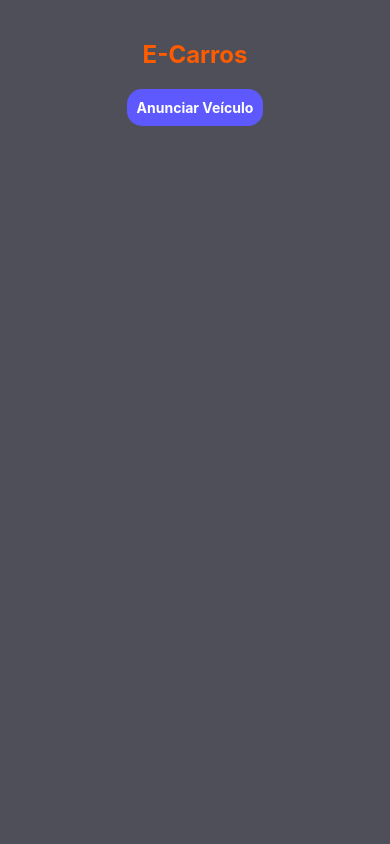
Repository: Matheus904-12/OpenAI---1
Screen: / (app in E-CARROS/)
An editor plug-in stored every save of this project. The screen is shown before and after a run of saves, followed by the edit.
The app was drawn by React Native's web renderer in a window 390 px wide. The project was rebuilt for these pictures with package versions that can differ from the ones it lists, and the page was loaded fresh each time.

Above is the screen before, as saved 2024-04-24 20:24:29.

### E-CARROS/App.tsx
import React, { useState } from 'react';
import { StyleSheet, Text, View, TextInput, TouchableOpacity, Modal, Alert, FlatList } from 'react-native';
import Carousel from 'react-native-snap-carousel';

export default function App() {
  const [vehicles, setVehicles] = useState([]);
  const [modalVisible, setModalVisible] = useState(false);
  const [newVehicle, setNewVehicle] = useState({
    brand: '',
    model: '',
    year: '',
    mileage: '',
    price: '',
  });

  const handleAddVehicle = () => {
    if (
      newVehicle.brand === '' ||
      newVehicle.model === '' ||
      newVehicle.year === '' ||
      newVehicle.mileage === '' ||
      newVehicle.price === ''
    ) {
      Alert.alert('Erro', 'Todos os campos são obrigatórios!', [{ text: 'Ok' }]);
      return;
    }

    setVehicles([...vehicles, newVehicle]);
    setNewVehicle({
      brand: '',
      model: '',
      year: '',
      mileage: '',
      price: '',
    });
    setModalVisible(false);

    Alert.alert('Sucesso', 'Veículo anunciado com sucesso!', [{ text: 'Ok' }]);
  };

  const handleSeeMore = async (vehicle) => {
    try {
      const response = await fetch("https://api.openai.com/v1/chat/completions", {
        method: "POST",
        headers: {
          "Content-Type": "application/json",
          "Authorization": `Bearer `,
        },
        body: JSON.stringify({
          model: "gpt-3.5-turbo",
          messages: [
            {
              role: 'user',
              content: `Saber mais sobre o veículo: ${vehicle.brand} ${vehicle.model} ${vehicle.year}`
            }
          ],
          temperature: 0.7,
          max_tokens: 150,
          top_p: 1,
        })
      });

      const data = await response.json();
      const vehicleInfo = data.choices[0].message.content;

      Alert.alert('Detalhes do Veículo', vehicleInfo, [{ text: 'Ok' }]);
    } catch (error) {
      console.error('Erro ao obter informações do veículo:', error);
      Alert.alert('Erro', 'Erro ao obter informações do veículo. Por favor, tente novamente mais tarde.', [{ text: 'Ok' }]);
    }
  };

  const renderItem = ({ item }) => {
    return (
      <View style={styles.vehicleItem}>
        <Text style={styles.vehicleText}>{`Marca: ${item.brand}`}</Text>
        <Text style={styles.vehicleText}>{`Modelo: ${item.model}`}</Text>
        <Text style={styles.vehicleText}>{`Ano: ${item.year}`}</Text>

        <TouchableOpacity
          style={styles.contactButton}
          onPress={() => handleSeeMore(item)}
        >
          <Text style={styles.contactButtonText}>Saber Mais</Text>
        </TouchableOpacity>
      </View>
    );
  };

  return (
    <View style={styles.container}>
      <Text style={styles.header}>E-Carros</Text>
      <TouchableOpacity
        style={styles.addButton}
        onPress={() => setModalVisible(true)}
      >
        <Text style={styles.addButtonText}>Anunciar Veículo</Text>
      </TouchableOpacity>
      <Modal
        animationType="slide"
        transparent={true}
        visible={modalVisible}
        onRequestClose={() => setModalVisible(false)}
      >
        <View style={styles.modalContainer}>
          <View style={styles.modalContent}>
            <Text style={styles.modalTitle}>Novo Veículo</Text>
            <TextInput
              style={styles.input}
              placeholder="Marca"
              value={newVehicle.brand}
              onChangeText={text => setNewVehicle({...newVehicle, brand: text})}
            />
            <TextInput
              style={styles.input}
              placeholder="Modelo"
              value={newVehicle.model}
              onChangeText={text => setNewVehicle({...newVehicle, model: text})}
            />
            <TextInput
              style={styles.input}
              placeholder="Ano"
              value={newVehicle.year}
              onChangeText={text => setNewVehicle({...newVehicle, year: text})}
            />
            <TextInput
              style={styles.input}
              placeholder="Quilometragem"
              value={newVehicle.mileage}
              onChangeText={text => setNewVehicle({...newVehicle, mileage: text})}
            />
            <TextInput
              style={styles.input}
              placeholder="Preço"
              value={newVehicle.price}
              onChangeText={text => setNewVehicle({...newVehicle, price: text})}
            />
            <TouchableOpacity
              style={styles.addButton}
              onPress={handleAddVehicle}
            >
              <Text style={styles.addButtonText}>Anunciar</Text>
            </TouchableOpacity>
            <TouchableOpacity
              style={[styles.addButton, styles.cancelButton]}
              onPress={() => setModalVisible(false)}
            >
              <Text style={styles.addButtonText}>Cancelar</Text>
            </TouchableOpacity>
          </View>
        </View>
      </Modal>
      <FlatList
        style={styles.vehicleList}
        data={vehicles}
        renderItem={renderItem}
        keyExtractor={(item, index) => index.toString()}
      />
    </View>
  );
}

const styles = StyleSheet.create({
  container: {
    flex: 1,
    backgroundColor: '#4F4F59',
    alignItems: 'center',
    paddingTop: 40,
  },
  header: {
    fontSize: 24,
    fontWeight: 'bold',
    marginBottom: 20,
    color: '#FF5C00'
  },
  addButton: {
    backgroundColor: '#5D59FF',
    padding: 10,
    borderRadius: 15,
    marginBottom: 20,
  },
  addButtonText: {
    color: 'white',
    fontWeight: 'bold',
    textAlign: 'center',
  },
  vehicleList: {
    flex: 1,
    width: '100%',
  },
  vehicleItem: {
    backgroundColor: 'white',
    padding: 20,
    marginBottom: 20,
    borderRadius: 15,
    shadowColor: '#000',
    shadowOffset: { width: 50, height: 20 },
    shadowOpacity: 0.1,
    shadowRadius: 4,
    elevation: 2,

  },
  vehicleText: {
    fontSize: 16,
    marginBottom: 10,
  },
  contactButton: {
    backgroundColor: '#4CD964',
    padding: 5,
    borderRadius: 8,
    marginTop: 10,
  },
  contactButtonText: {
    color: 'white',
    fontWeight: 'bold',
    textAlign: 'center',
  },
  modalContainer: {
    flex: 1,
    justifyContent: 'center',
    alignItems: 'center',
    backgroundColor: 'rgba(79, 79, 89, 1)',
  },
  modalContent: {
    backgroundColor: 'white',
    padding: 20,
    borderRadius: 10,
    width: '80%',
  },
  modalTitle: {
    fontSize: 20,
    fontWeight: 'bold',
    marginBottom: 20,
  },
  input: {
    borderWidth: 1,
    borderColor: '#000000',
    borderRadius: 8,
    padding: 10,
    marginBottom: 20,
  },
  cancelButton: {
    backgroundColor: '#FF5c00',
  },
});

After the next 4 saves:
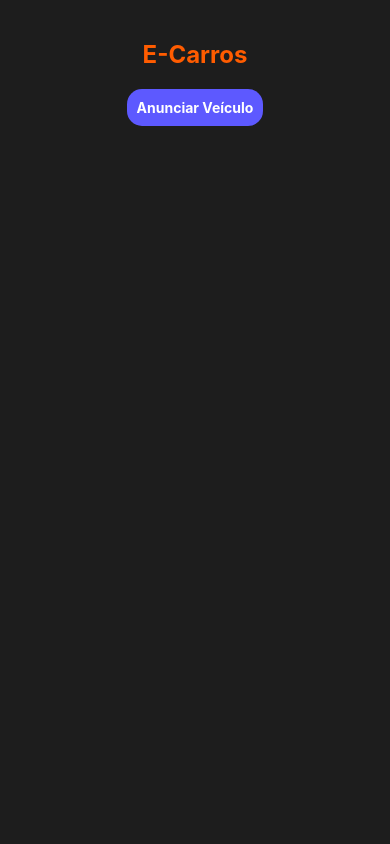
The 4 saves are shown as one change because they came seconds apart.
The last was saved 11 min 48 s later.
--- a/E-CARROS/App.tsx
+++ b/E-CARROS/App.tsx
@@ -163,7 +163,7 @@ export default function App() {
 const styles = StyleSheet.create({
   container: {
     flex: 1,
-    backgroundColor: '#4F4F59',
+    backgroundColor: '#1d1d1d',
     alignItems: 'center',
     paddingTop: 40,
   },
